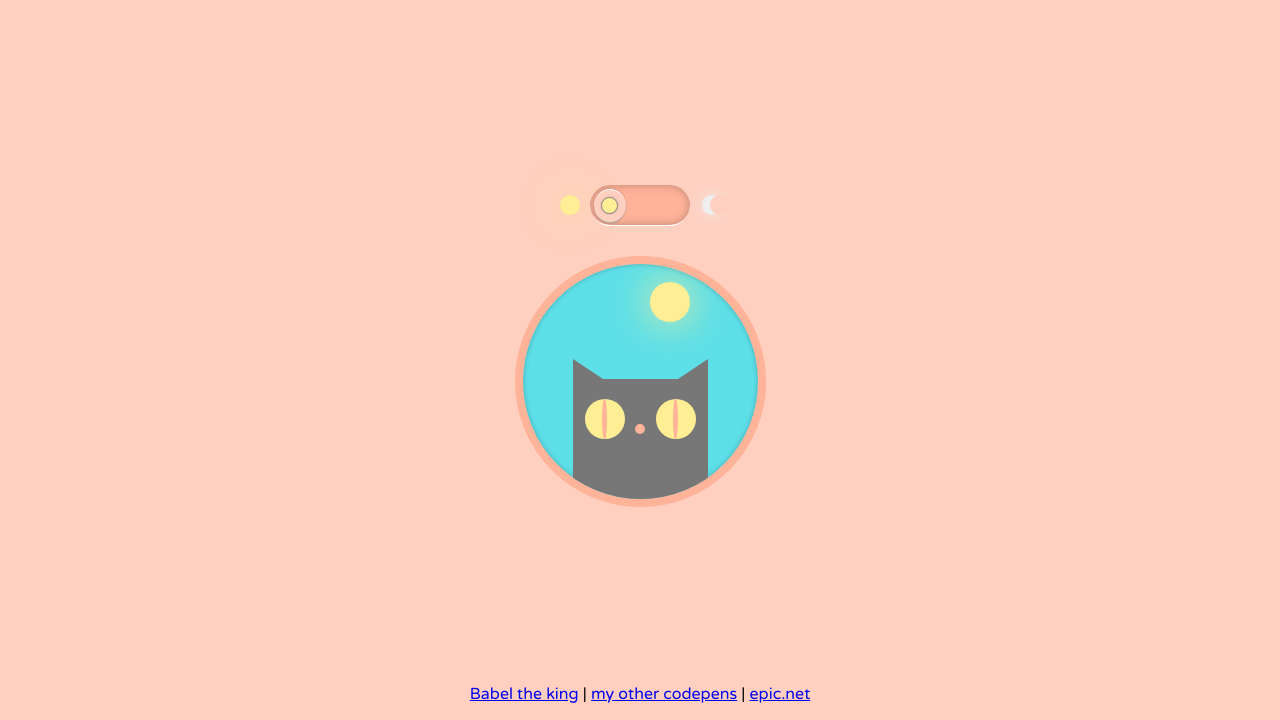
Repository: KHANas02/cat_1
Page: index.html
An editor plug-in stored every save of this project. The page is shown before and after the next save, followed by the edit.
The browser window is 1280 px wide. The pictures show the whole page.

Above is the page before, as saved 2024-03-31 06:34:29.

### index.html
<!DOCTYPE html>
<html lang="en">
  <head>
    <meta charset="UTF-8" />
    <meta name="viewport" content="width=device-width, initial-scale=1.0" />
    <title>asa</title>
    <link rel="stylesheet" href="./style.css" />
  </head>
  <body>
    <!-- <input type="checkbox" name="t-help" id="t-help" checked />
    <input type="checkbox" name="t-success" id="t-success" checked />
    <input type="checkbox" name="t-warning" id="t-warning" checked />
    <input type="checkbox" name="t-error" id="t-error" checked />
    <div class="toast-panel">
      <div class="toast-item help">
        <div class="toast help">
          <label for="t-help" class="close"></label>
          <h3>Help!</h3>
          <p>
            Do you have a problem? Just use this <a href="#">contact form</a>.
          </p>
        </div>
      </div>
      <div class="toast-item success">
        <div class="toast success">
          <label for="t-success" class="close"></label>
          <h3>Success!</h3>
          <p>Your message has been sent successfully.</p>
        </div>
      </div>
      <div class="toast-item warning">
        <div class="toast warning">
          <label for="t-warning" class="close"></label>
          <h3>Warning!</h3>
          <p>Sorry, there was a problem with your request.</p>
        </div>
      </div>
      <div class="toast-item error">
        <div class="toast error">
          <label for="t-error" class="close"></label>
          <h3>Error!</h3>
          <p>Change a few thing up and try submitting again.</p>
        </div>
      </div>
      <div class="toast-icons">
        <label for="t-help" class="toast-icon icon-help"></label>
        <label for="t-success" class="toast-icon icon-success"></label>
        <label for="t-warning" class="toast-icon icon-warning"></label>
        <label for="t-error" class="toast-icon icon-error"></label>
      </div>
    </div> -->
    <br /><br /><br /><br />

    <div class="the-container">
      <input type="checkbox" id="toggle" />
      <label for="toggle"></label>

      <div class="day-night-cont">
        <span class="the-sun"></span>
        <div class="the-moon"><span class="moon-inside"></span></div>
      </div>

      <div class="switch">
        <div class="button">
          <div class="b-inside"></div>
        </div>
      </div>

      <div class="c-window">
        <span class="the-sun"></span>
        <span class="the-moon"></span>

        <div class="the-cat">
          <div class="cat-face">
            <section class="eyes left"><span class="pupil"></span></section>
            <section class="eyes right"><span class="pupil"></span></section>

            <span class="nose"></span>
          </div>
        </div>
      </div>
    </div>




<!--  -->
	<div id="world">

<div id="credits">
  <p><a href="http://babeltheking.com" target="blank">Babel the king</a> | <a href="https://codepen.io/Yakudoo/"  target="blank">my other codepens</a>  | <a href="https://www.epic.net" target="blank">epic.net</a></p>
</div>


</div>


  </body>
</html>

### style.css
@import url('https://fonts.googleapis.com/css2?family=Varela+Round&display=swap');

:root {
	--tr: all 0.5s ease 0s;
	--ch1: #05478a;
	--ch2: #0070e0;
	--cs1: #005e38;
	--cs2: #03a65a;
	--cw1: #c24914;
	--cw2: #fc8621;
	--ce1: #851d41;
	--ce2: #db3056;
}

body {
	margin: 0;
	padding: 0;
	width: 100vw;
	height: 100vh;
	overflow: hidden;
	display: flex;
	align-items: center;
	justify-content: flex-end;
	flex-direction: column;
	background: radial-gradient(circle at 50% 100%, #1d2232, #262434);
	font-family: "Varela Round", sans-serif;
}

.toast-panel {
	display: flex;
	flex-direction: column;
	align-items: center;
	justify-content: center;
	transition: var(--tr);
	position: absolute;
	padding: 0 1rem;
	height: 100%;
	min-height: 20rem;
	min-width: 375px;
}

.toast-item {
	overflow: hidden;
	max-height: 25rem;
	transition: var(--tr);
	animation: show-toast 4s ease 3s 1;
}

@keyframes show-toast {
	0%, 50%, 100% { max-height: 0; opacity: 0; }
	10%, 25% { max-height: 15rem; opacity: 1; }
}

.toast {
	background-color: #232b2b;
	background: var(--bg);
	color: #f5f5f5;
	padding: 1rem 2rem 1rem 6rem;
	text-align: center;
	border-radius: 2rem;
	position: relative;
	font-weight: 300;
	margin: 1.75rem 0 1rem;
	text-align: left;
	max-width: 15rem;
	transition: var(--tr);
	opacity: 1;
}

.toast:before {
	content: "";
	position: absolute;
	width: 5.5rem;
	height: 6rem;
	--drop:
		radial-gradient(circle at 64% 51%, var(--clr) 0.45rem, #fff0 calc(0.45rem + 1px)), /*ball 1*/
		radial-gradient(circle at 100% 100%, #fff0 0.9rem, var(--clr) calc(0.9rem + 1px) 1.25rem, #fff0 calc(1.25rem + 1px) 100%), /*neck 2*/
		radial-gradient(circle at 0% 0%, #fff0 0.9rem, var(--clr) calc(0.9rem + 1px) 1.25rem, #fff0 calc(1.25rem + 1px) 100%), /*neck 1*/
		radial-gradient(circle at 0% 120%, var(--clr) 4rem, #fff0 calc(4rem + 1px)) /*big 1*/;
	background:
		radial-gradient(circle at 22% 3.8rem, var(--clr) 0.75rem, #fff0 calc(0.75rem + 1px)), /*ball 8*/
		radial-gradient(circle at 95% 1.9rem, var(--clr) 0.07rem, #fff0 calc(0.07rem + 1px)), /*ball 7*/
		radial-gradient(circle at 80% 2.25rem, var(--clr) 0.18rem, #fff0 calc(0.18rem + 1px)), /*ball 6*/
		radial-gradient(circle at 80% 75%, var(--clr) 0.35rem, #fff0 calc(0.35rem + 1px)), /*ball 5*/
		radial-gradient(circle at 43% 2.3rem, var(--clr) 0.07rem, #fff0 calc(0.07rem + 1px)), /*ball 4*/
		radial-gradient(circle at 40% 1rem, var(--clr) 0.12rem, #fff0 calc(0.12rem + 1px)), /*ball 3*/
		radial-gradient(circle at 20% 1.5rem, var(--clr) 0.25rem, #fff0 calc(0.25rem + 1px)), /*ball 2*/
		var(--drop),
		#f000;
	background-repeat: no-repeat;
	background-size: 100% 100%, 100% 100%, 100% 100%, 100% 100%, 100% 100%, 100% 100%, 100% 100%, 100% 100%, 1.625rem 1.625rem, 1.625rem 1.625rem, 100% 100%, 100% 100%;
	background-position: 0 0, 0 0, 0 0, 0 0, 0 0, 0 0, 0 0, 0 0, calc(100% - 1.75rem) 2.85rem, calc(100% - 1.75rem) 2.95rem, 0 0, 0 0;
	bottom: 0rem;
	left: 0rem;
	z-index: 0;
	border-radius: 0 0 0 2rem;
}

.toast:after {
	content: "";
	position: absolute;
	width: 3.5rem;
	height: 3.5rem;
	background: var(--clr);
	top: -1.75rem;
	left: 2rem;
	border-radius: 3rem;
	padding-top: 0.2rem;
	display: flex;
	align-items: center;
	justify-content: center;
	font-size: 2.25rem;
	box-sizing: border-box;
}

.toast h3 {
	font-size: 1.35rem;
	margin: 0;
	line-height: 1.35rem;
	font-weight: 300;
	position: relative;
}

.toast h3:before,
.toast-icon:before {
	border: 0.5rem solid #fff0;
	width: 0;
	height: 0;
	position: absolute;
	content: "";
	left: -3.45rem;
	border-top: 1rem solid var(--clr);
	border-left: 1rem solid var(--clr);
	top: -0.4em;
	transform: rotate(-96deg) skewX(30deg);
	border-radius: 0.5rem;
}

.toast p {
	position: relative;
	font-size: 0.95rem;
	z-index: 1;
	margin: 0.25rem 0 0;
}

.close {
	position: absolute;
	width: 1.35rem;
	height: 1.35rem;
	text-align: center;
	right: 1rem;
	cursor: pointer;
	border-radius: 100%;
}

.close:after {
	position: absolute;
	font-family: 'Varela Round', san-serif;
	width: 100%;
	height: 100%;
	left: 0;
	font-size: 1.8rem;
	content: "+";
	transform: rotate(45deg);
	border-radius: 100%;
	display: flex;
	align-items: center;
	justify-content: center;
}

.close:hover {
	background: #f5f5f5;
	color: var(--clr);
}




.toast-item.success {
	animation-delay: 2s;
}

.toast-item.warning {
	animation-delay: 1s;
}

.toast-item.error {
	animation-delay: 0s;
}



.toast.help {
	--clr: var(--ch1);
	--bg: var(--ch2);
}
.toast.help:after,
.icon-help:after {
	content: "?";
}

.toast.success {
	--clr: var(--cs1);
	--bg: var(--cs2);
}

.toast.success:after,
.icon-success:after {
	content: "L";
	font-size: 1.7rem;
	font-weight: bold;
	padding-bottom: 0.5rem;
	transform: rotateY(180deg) rotate(-38deg);
	text-indent: 0.15rem;
}

.toast.warning {
	--clr: var(--cw1);
	--bg: var(--cw2);
}

.toast.warning:after,
.icon-warning:after {
	content: "!";
	font-weight: bold;
}

.toast.error {
	--clr: var(--ce1);
	--bg: var(--ce2);
}

.toast.error:after,
.icon-error:after {
	content: "+";
	font-size: 3rem;
	line-height: 1.2rem;
	transform: rotate(45deg);
}


.toast.success:before {
	--drop: radial-gradient(circle at 65% 63%, var(--clr) 0.425rem, #fff0 calc(0.425rem + 1px)), /*ball 1*/ radial-gradient(circle at 70% 125%, #fff0 1rem, var(--clr) calc(1rem + 1px) 1.25rem, #fff0 calc(1.25rem + 1px) 100%), /*neck 2*/ radial-gradient(circle at 30% -25%, #fff0 1rem, var(--clr) calc(1rem + 1px) 1.25rem, #fff0 calc(1.25rem + 1px) 100%), /*neck 1*/ radial-gradient(circle at 20% 120%, var(--clr) 3.5rem, #fff0 calc(3.5rem + 1px)) /*big 1*/;
	background-position: 0 0.4rem, -0.2rem 3.3rem, 0 0.4rem, -2rem -1.5rem, -0.8rem 0rem, -1rem 0.4rem, 0rem 1.5rem, 1.2rem 0.4rem, calc(100% - 0.75rem) 3.5rem, calc(100% - 0.75rem) 3.75rem, 0 0rem, 0 0rem;
}

.toast.warning:before {
	--drop: radial-gradient(circle at 65% 63%, var(--clr) 0.425rem, #fff0 calc(0.425rem + 1px)), /*ball 1*/ radial-gradient(circle at 129% 36%, #fff0 1rem, var(--clr) calc(1rem + 1px) 1.25rem, #fff0 calc(1.25rem + 1px) 100%), /*neck 2*/ radial-gradient(circle at -27% 25%, #fff0 1rem, var(--clr) calc(1rem + 1px) 1.25rem, #fff0 calc(1.25rem + 1px) 100%), /*neck 1*/ radial-gradient(circle at 20% 120%, var(--clr) 3.5rem, #fff0 calc(3.5rem + 1px)) /*big 1*/;
	background-position: 1.82rem 0.65rem, -1.2rem 1.2rem, -2rem 0.75rem, -3.5rem -1.95rem, -0.5rem -0.55rem, 3rem 4.25rem, 0rem -0.5rem, 1.2rem 0.4rem, calc(100% - 3.9rem) 2.75rem, calc(100% - 3.75rem) 2.75rem, 0 0rem, 0 0rem;
}

.toast.error:before {
	--drop: radial-gradient(circle at 65% 63%, var(--clr) 0.425rem, #fff0 calc(0.425rem + 1px)), /*ball 1*/ radial-gradient(circle at 129% 36%, #fff0 1rem, var(--clr) calc(1rem + 1px) 1.25rem, #fff0 calc(1.25rem + 1px) 100%), /*neck 2*/ radial-gradient(circle at -27% 25%, #fff0 1rem, var(--clr) calc(1rem + 1px) 1.25rem, #fff0 calc(1.25rem + 1px) 100%), /*neck 1*/ radial-gradient(circle at 20% 120%, var(--clr) 3.5rem, #fff0 calc(3.5rem + 1px)) /*big 1*/;
	background-position: 1.75rem 0.75rem, -0.75rem 1.2rem, -1.3rem 0.5rem, -3.5rem -2.5rem, -0.4rem 0rem, 2rem 1.25rem, 0.82rem 1.6rem, 0.5rem 1.65rem, calc(100% - 2.99rem) 3.25rem, calc(100% - 2.75rem) 3rem, 0 0rem, 0 0rem;
}


.toast a {
	color: #fff;
}

.toast-item.closed {
	max-height: 0;
}




/*** ICONS ***/

.toast-icons {
	background: #fff1;
	padding: 1rem 1rem 1.25rem 1rem;
	display: flex;
	justify-content: space-around;
	border-radius: 2rem;
	gap: 1.5rem;
	width: 100%;
	box-sizing: border-box;
	margin-top: 1.5rem;
	margin-bottom: 1rem;
}

.toast-icon {
	width: 3.75rem;
	height: 3.75rem;
	border-radius: 100%;
	display: flex;
	align-items: center;
	justify-content: center;
	color: #fff;
	cursor: pointer;
	position: relative;
}

.toast-icon:before {
	left: 0.7rem;
	top: 2.4em;
	transform: rotate(-96deg) skewX(30deg);
}

.toast-icon:after {
	font-size: 2rem;
	font-weight: bold;
}

.icon-error:after {
	font-size: 3.6rem;
	line-height: 2rem;
	font-weight: 500;
	padding-top: 0.25rem;
	max-height: 2rem;
}


.icon-help {
	background: #0070e0;
	--clr: #0070e0;
}

.icon-success {
	background: #03a65a;
	--clr: #03a65a;
}

.icon-warning {
	background: #fc8621;
	--clr: #fc8621;
}

.icon-error {
	background: #db3056;
	--clr: #db3056;
}


#t-help:checked ~ .toast-panel .toast-item.help,
#t-success:checked ~ .toast-panel .toast-item.success,
#t-warning:checked ~ .toast-panel .toast-item.warning,
#t-error:checked ~ .toast-panel .toast-item.error {
	max-height: 0;
	opacity: 0;
}

input[type=checkbox] {
	display: none;
}




/* DAY STYLES*/

body{
  background: #FFCFBF;
}

.the-container{
  display: block;
  position: absolute;
  width: 500px;
  height: 350px;
  margin: auto;
  top: 0;
  bottom: 0;
  left: 0;
  right: 0;
}

.c-window{
  display: block;
  position: relative;
  width: 235px;
  height: 235px;
  margin: 0 auto;
  border-radius: 100%;
  border: 8px solid #FFB399;
  background: #5ddfe8;
  box-shadow: 0px 0px 5px rgba(0,0,0,0.25) inset;
  overflow: hidden;
	transition: background 1s ease-in-out;
}

.c-window .the-sun{
  display: block;
  position: relative;
  top: 18px;
  height: 40px; width: 40px;
  background: #FFEE94;
  border-radius: 100%;
  margin: 0 auto;
  box-shadow: 0px 0px 40px #FFEE94;
  left: 30px;
	transition: top .5s ease-in-out;
}

.c-window .the-moon{
  position: relative;
  height: 24px; width: 24px;
	top: 200px;
  background: #EEE;
  border-radius: 100%;
  box-shadow: 0px 0px 20px #FFF;
  transition: top .5s ease-in-out;
}

.c-window .the-cat{
  display: block;
  position: absolute;
  bottom: -20px;
  height: 140px;
  width: 135px;
  margin: 0 50px;
  background: #777777;
  transition: bottom .25s ease-in-out;
}

.c-window .the-cat:before{
   width: 0;
    height: 0;
    border-left: 0px solid transparent;
    border-right: 30px solid transparent;
    border-bottom: 20px solid #777;
    top: -20px;
    left: 0;
    position: absolute;
    content: "";
}
.c-window .the-cat:after{
   width: 0;
    height: 0;
    border-right: 0px solid transparent;
    border-left: 30px solid transparent;
    border-bottom: 20px solid #777;
    top: -20px;
    right: 0;
    position: absolute;
    content: "";
}

.c-window .the-cat:hover{
  display: block;
  position: absolute;
  bottom: -40px;
	cursor: pointer;
}

.c-window .the-cat .eyes{
   display: block;
  position: absolute;
  background: #FFEE94;
  height: 40px; width: 40px;
  border-radius: 100%;
  bottom: 80px;
}

.c-window .the-cat:hover .eyes{
  display: block;
  position: absolute;
  height: 8px; width: 40px;
  bottom: 100px;
}


.c-window .the-cat .eyes.left{
  left: 12px;
}

.c-window .the-cat .eyes.right{
  right: 12px;
}

.c-window .the-cat .eyes .pupil{
   display: block;
  position: relative;
  background: #FFB399;
  height: 100%; width: 5px;
  border-radius: 100%;
  margin: 0 auto;
	transition: width .5s ease-in-out;
}

.c-window .the-cat .nose{
   display: block;
  position: relative;
  background: #FFB399;
  height: 10px; width: 10px;
  border-radius: 100%;
  margin: 0 auto;
  top: 45px;
}


input[type=checkbox] {
    position: absolute;
    top: -9999px;
    left: -9999px;
}

 input#toggle[type=checkbox]{
     display:none;
 }


label {
    position: absolute;
    height: 40px;
    width: 120px;
    display: block;
    top: 0px; bottom: 0; right: 0; left:0;
    z-index: 9999;
    cursor: pointer;
    margin: 0 auto;
}

.switch {
  display: block;
  position: relative;
  border-bottom: 1px solid #FFF;
  border-radius: 25px;
  background: #FFB399;
  box-shadow: inset 0 0 10px #888888;
  -webkit-box-shadow: inset 0 0 10px rgba(0,0,0,0.25);
  height: 40px;
  width: 100px;
  margin: 0px auto 30px auto;
}

.switch .button{
  display: block;
  position: absolute;
  border-top: 1px solid #FFF;
  border-bottom: 1px solid #AAA;
  border-radius: 100%;
  background: #FFCFBF;
  height: 32px;
  width: 32px;
  top: 4px;
  left: 4px;
  box-shadow: 0 0 2px rgba(0,0,0,0.25)
}

.switch .button .b-inside{
  display: block;
  position: absolute;
  border: 1px solid #888;
  border-radius: 100%;
  background: #FFEE94;
  height: 15px;
  width: 15px;
  top: 7px;
  left: 7px;
  box-shadow: 0 0 2px rgba(0,0,0,0.25)
}

.day-night-cont {
  display: block;
  position: absolute;
  width: 180px;
  margin: 0 auto;
  left: 0; right: 0; top: 0; bottom:0;
  height: 40px;
  top: 0px;
}

.day-night-cont .the-sun{
  display: block;
  position: absolute;
  left: 10px;
  top: 10px;
  height: 20px;
  width: 20px;
  border-radius: 100%;
  background: #FFEE94;
  box-shadow: 0px 0px 40px #FFEE94;
}

.day-night-cont .the-moon {
  display: block;
  position: absolute;
  right: 8px;
  top: 10px;
  height: 20px;
  width: 20px;
  border-radius: 100%;
  background: #EEE;
  box-shadow: 0px 0px 20px #EEE;
}

.day-night-cont .the-moon .moon-inside{
  display: block;
  position: absolute;
  left: 8px;
  height: 20px;
  width: 20px;
  border-radius: 100%;
  background: #FFCFBF;
}

/* TOGGLE */

.switch .button {
    transition: left .25s ease-in-out;
    -webkit-transition: left .25s ease-in-out;
}

input[type=checkbox]:checked ~ .switch .button {
    position: absolute;
    left: 64px;
}

/* NIGHT ANIMATION */

input[type=checkbox]:checked ~ .c-window {
  background: #111;
}

input[type=checkbox]:checked ~ .c-window .the-sun{
	top: 200px;
}

input[type=checkbox]:checked ~ .c-window .the-moon{
  display: block;
  position: absolute;
  margin: 0 auto;
  top: 40px;
  left: 60px;
}

input[type=checkbox]:checked ~ .c-window .the-cat{
  background: #444;
}

input[type=checkbox]:checked ~ .c-window .the-cat:before{
   width: 0;
    height: 0;
    border-left: 0px solid transparent;
    border-right: 30px solid transparent;
    border-bottom: 20px solid #444;
    top: -20px;
    left: 0;
    position: absolute;
    content: "";
}
input[type=checkbox]:checked ~ .c-window .the-cat:after{
   width: 0;
    height: 0;
    border-right: 0px solid transparent;
    border-left: 30px solid transparent;
    border-bottom: 20px solid #444;
    top: -20px;
    right: 0;
    position: absolute;
    content: "";
}



input[type=checkbox]:checked ~ .c-window .the-cat .eyes .pupil{
  height: 90%; width: 34px;
  margin: 5% auto;
}

input[type=checkbox]:checked ~ .c-window .the-cat:hover .eyes{
  height: 40px;
  bottom: 80px;
}





/*  */

After the next save:
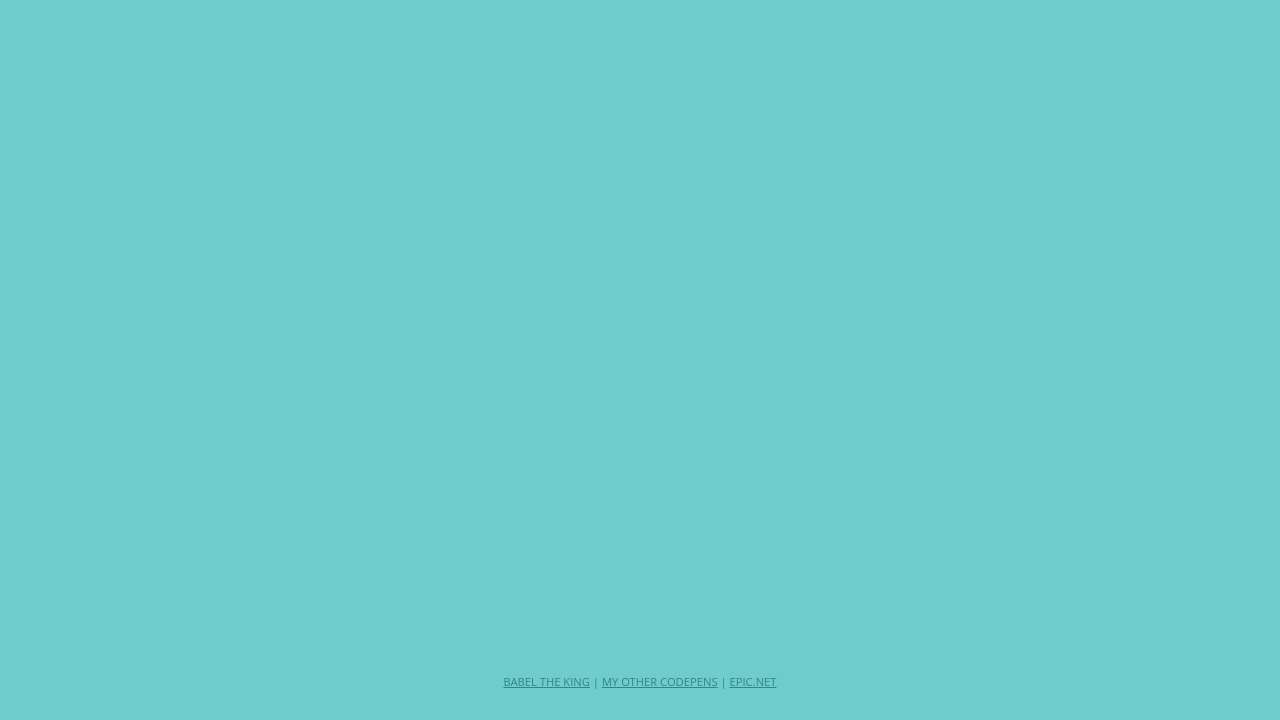
Saved 25 s later.
--- a/style.css
+++ b/style.css
@@ -671,3 +671,32 @@ input[type=checkbox]:checked ~ .c-window .the-cat:hover .eyes{
 
 
 /*  */
+@import url(https://fonts.googleapis.com/css?family=Open+Sans:800);
+
+#world{
+	position: absolute;
+	width:100%;
+	height: 100%;
+	background-color: #6ecccc;
+  overflow:hidden;
+}
+
+#credits{
+  position:absolute;
+  width:100%;
+  margin: auto;
+  bottom:0;
+  margin-bottom:20px;
+  font-family:'Open Sans', sans-serif;
+  color:#328685;
+  font-size:0.7em;
+  text-transform: uppercase;
+  text-align : center;
+}
+#credits a {
+  color:#328685;
+}
+
+#credits a:hover {
+  color:#630d15;
+}

After the save that followed:
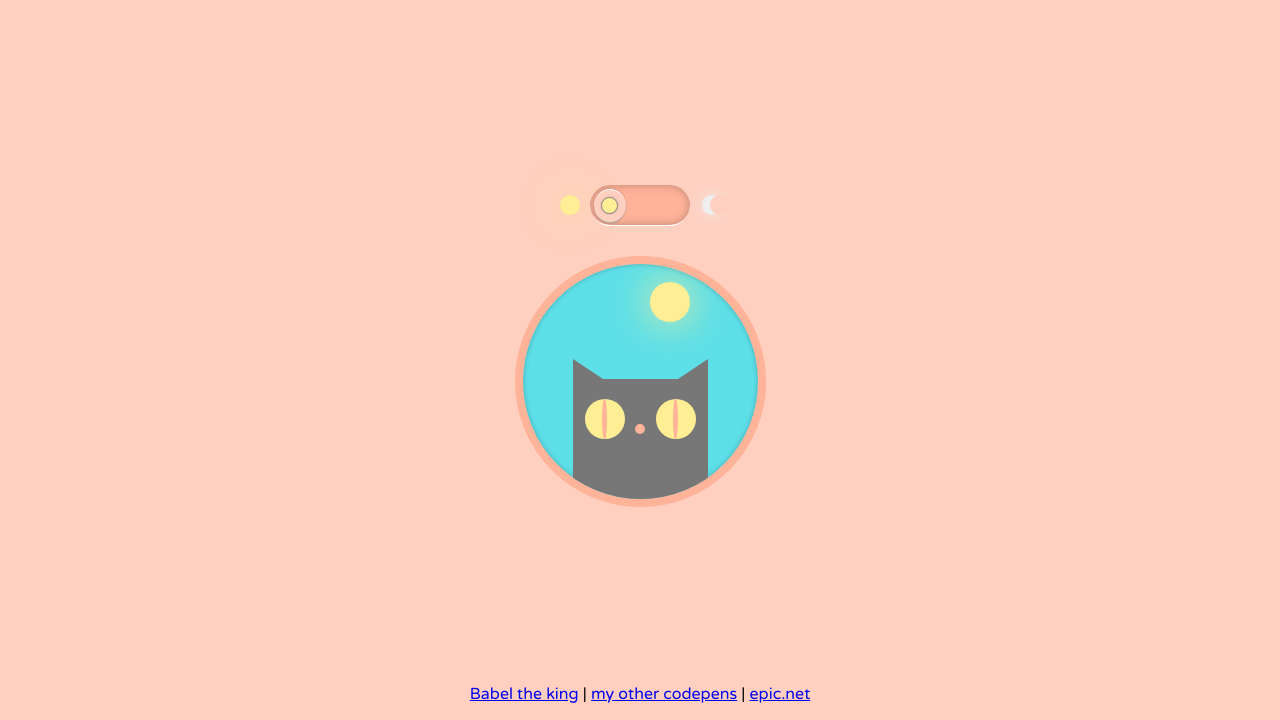
Saved 39 s later.
--- a/style.css
+++ b/style.css
@@ -348,7 +348,6 @@ input[type=checkbox] {
 
 
 
-
 /* DAY STYLES*/
 
 body{
@@ -665,38 +664,3 @@ input[type=checkbox]:checked ~ .c-window .the-cat:hover .eyes{
   height: 40px;
   bottom: 80px;
 }
-
-
-
-
-
-/*  */
-@import url(https://fonts.googleapis.com/css?family=Open+Sans:800);
-
-#world{
-	position: absolute;
-	width:100%;
-	height: 100%;
-	background-color: #6ecccc;
-  overflow:hidden;
-}
-
-#credits{
-  position:absolute;
-  width:100%;
-  margin: auto;
-  bottom:0;
-  margin-bottom:20px;
-  font-family:'Open Sans', sans-serif;
-  color:#328685;
-  font-size:0.7em;
-  text-transform: uppercase;
-  text-align : center;
-}
-#credits a {
-  color:#328685;
-}
-
-#credits a:hover {
-  color:#630d15;
-}
